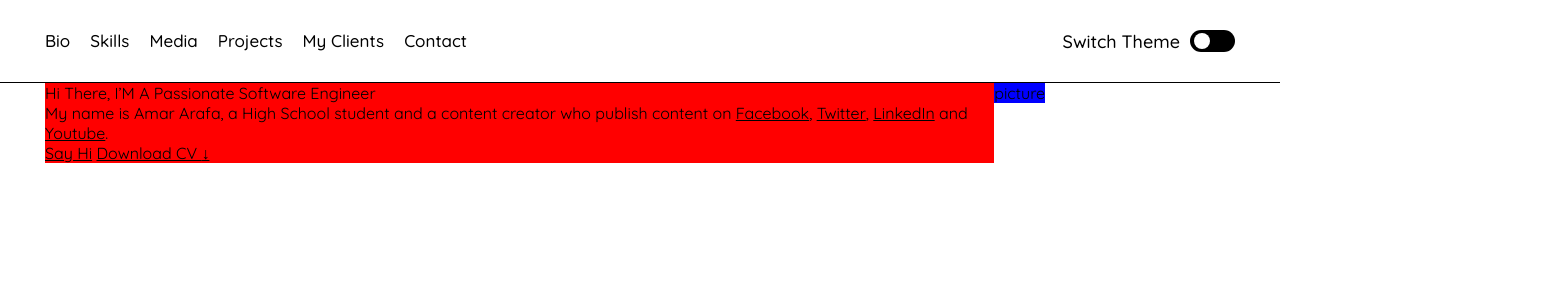
Repository: benarafa1/personal-website
Page: index.html
The author's editor kept a copy of each file at every save. The page is drawn from the files as they stood at one save, then again after the next save.
The browser window is 1280 px wide. The page is 1280 px wide, then 1545 px, so the pictures cover 1545 px, including what lies to the right of the window. The pictures show the whole page.

Above is the page before, as saved 2025-04-12 07:03:16.

### index.html
<!DOCTYPE html>
<html lang="en">
  <head>
    <meta charset="UTF-8" />
    <meta name="viewport" content="width=device-width, initial-scale=1.0" />
    <link rel="preconnect" href="https://fonts.googleapis.com" />
    <link rel="preconnect" href="https://fonts.gstatic.com" crossorigin />
    <link
      href="https://fonts.googleapis.com/css2?family=Quicksand:wght@300..700&
      family=Roboto:ital,wght@0,100;0,300;0,400;0,500;0,700;0,900;1,100;1,300;1,400;1,500;1,700;1,900&display=swap"
      rel="stylesheet"
    />
    <link rel="stylesheet" href="style.css" />
    <title>Amar Arafa</title>
  </head>

  <body>
    <div class="container">
      <header class="header">
        <nav class="navigation">
          <ul class="navigation__list">
            <li><a class="navigation__link" href="#">Bio</a></li>
            <li><a class="navigation__link" href="#">Skills</a></li>
            <li><a class="navigation__link" href="#">Media</a></li>
            <li><a class="navigation__link" href="#">Projects</a></li>
            <li><a class="navigation__link" href="#">My Clients</a></li>
            <li><a class="navigation__link" href="#">Contact</a></li>
          </ul>
        </nav>
        <div class="toggle">
          <h3 class="toggle__title">Switch Theme</h3>
          <input
            type="checkbox"
            name="toggle__checkbox"
            id="checkbox"
            class="toggle__checkbox"
          />
          <label for="checkbox" class="toggle__label"></label>
        </div>
      </header>
      <section class="bio section">
        <div class="bio__data-part">
          <h1 class="bio__heading">
            Hi There, I’M A Passionate Software Engineer
          </h1>
          <p class="bio__objevtive">
            My name is <span class="bio__name">Amar Arafa</span>, a High School
            student and a content creator who publish content on
            <a href="#" class="bio__Facebook">Facebook</a>,
            <a href="#" class="bio__Twitter">Twitter</a>,
            <a href="#" class="bio__LinkedIn">LinkedIn</a> and
            <a href="#" class="bio__Youtube">Youtube</a>.
          </p>
          <a href="#" class="bio__links say-hi-link">Say Hi</a>
          <a href="#" class="bio__links download-cv-link"
            >Download CV <span class="bio__arrow">↓</span></a
          >
        </div>
        <div class="bio__pic-part">picture</div>
      </section>
    </div>
  </body>
</html>

### style.css
:root {
  --container-width: 119rem;
  --gutter: 2rem;
  --color-black: #000;
  --color-white: #fff;
  --color-blue: #2374e1;
  --color-light-blue: #1d9bf0;
  --color-dark-blue: #0a66c2;
  --color-darker-blue: #143ce8;
  --color-red: #ff0000;
  --color-green: #03a696;
  --color-grey: #f6f6f6;
  --color-dark-green: #42959b;
  --color-background: var(--color-white);
  --color-text: var(--color-black);
  --color-box-img: var(--color-black);
  --color-link-bg: var(--color-black);
  --color-input-border: var(--color-black);
  --font-family-Roboto: "Roboto", sans-serif;
  --font-family-Quicksand: "Quicksand", sans-serif;
  --font-weight-regular: 400;
  --font-weight-medium: 500;
  --font-weight-semi-bold: 600;
  --font-weight-bold: 700;
  --font-size-70: 7rem;
  --font-size-65: 6.5rem;
  --font-size-40: 4rem;
  --font-size-38: 3.8rem;
  --font-size-24: 2.4rem;
  --font-size-22: 2.2rem;
  --font-size-20: 2rem;
  --font-size-18: 1.8rem;
  --font-size-15: 1.5rem;
  --transition-timing: 0.3s;
}

/* start CSS Reset */
*,
*::before,
*::after {
  box-sizing: border-box;
  margin: 0;
  padding: 0;
  font: inherit;
}

a {
  color: inherit;
  display: inline-block;
}

button {
  background-color: transparent;
  border: none;
  cursor: pointer;
}

ul,
ol {
  list-style: none;
}
/* end CSS Reset */

body {
  font-size: 1.6rem;
  font-family: var(--font-family-Quicksand);
}

html {
  font-size: 62.5%;
  scroll-behavior: smooth;
  scroll-padding-top: 11rem;
}

.container {
  margin: 0 auto;
  width: var(--container-width);
}

.navigation__list {
  display: flex;
  gap: 2rem;
}
.navigation__link:link,
.navigation__link:visited {
  font-weight: var(--font-weight-medium);
  text-decoration: none;
  font-size: 1.7rem;
}

.navigation__link:hover,
.navigation__link:active {
  text-decoration: underline;
}

.header {
  position: relative;
  padding: 3rem 0;
  display: flex;
  justify-content: center;
}
.header::before {
  content: "";
  position: absolute;
  height: 100%;
  width: 100vw;
  top: 0;
  z-index: -1;
  border-bottom: 0.1rem solid var(--color-input-border);
}

/* toggle start */
.toggle {
  display: flex;
  gap: 1rem;
  margin-left: auto;
}
.toggle__title {
  font-weight: var(--font-weight-medium);
  font-size: var(--font-size-18);
}
.toggle__checkbox {
  display: none;
}

.toggle__label {
  display: block;
  width: 4.5rem;
  height: 2.2rem;
  border-radius: 1.5rem;
  background-color: var(--color-black);
  cursor: pointer;
  padding: 0.3rem 0.4rem;
  transition: var(--transition-timing);
}

.toggle__label::before {
  content: "";
  display: block;
  width: 1.6rem;
  height: 1.6rem;
  border-radius: 50%;
  background-color: var(--color-white);
  transition: var(--transition-timing);
}

.toggle__checkbox:checked + .toggle__label {
  background-color: var(--color-white);
}
.toggle__checkbox:checked + .toggle__label::before {
  background-color: var(--color-black);
  transform: translateX(2.1rem);
}
/* toggle end */
.section {
  display: grid;
  grid-template-columns: repeat(2, auto);
  align-items: start;
  width: 1000px;
}
/* bio component start */
.bio {
}
/* bio component end */
.bio__data-part {
  background-color: red;
}
.bio__pic-part {
  background-color: blue;
}

After the next save:
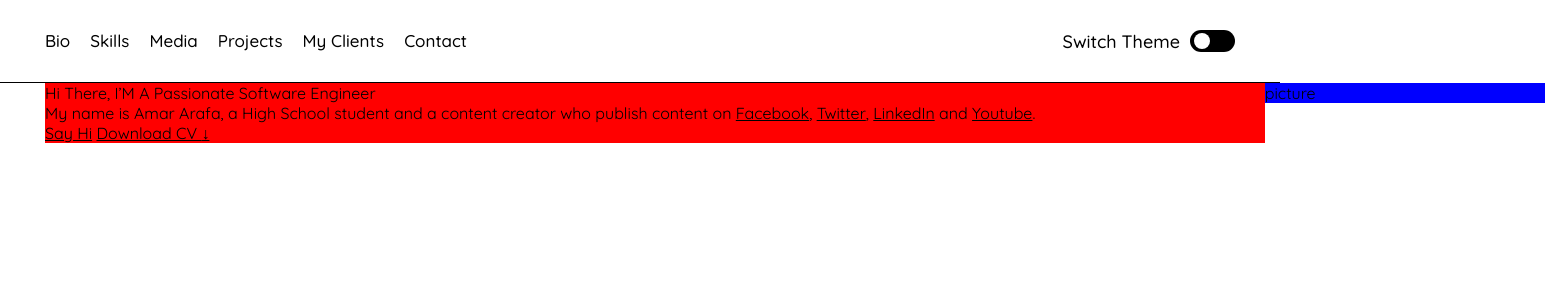
Saved 9 s later.
--- a/style.css
+++ b/style.css
@@ -156,7 +156,7 @@ html {
   display: grid;
   grid-template-columns: repeat(2, auto);
   align-items: start;
-  width: 1000px;
+  width: 1500px;
 }
 /* bio component start */
 .bio {
